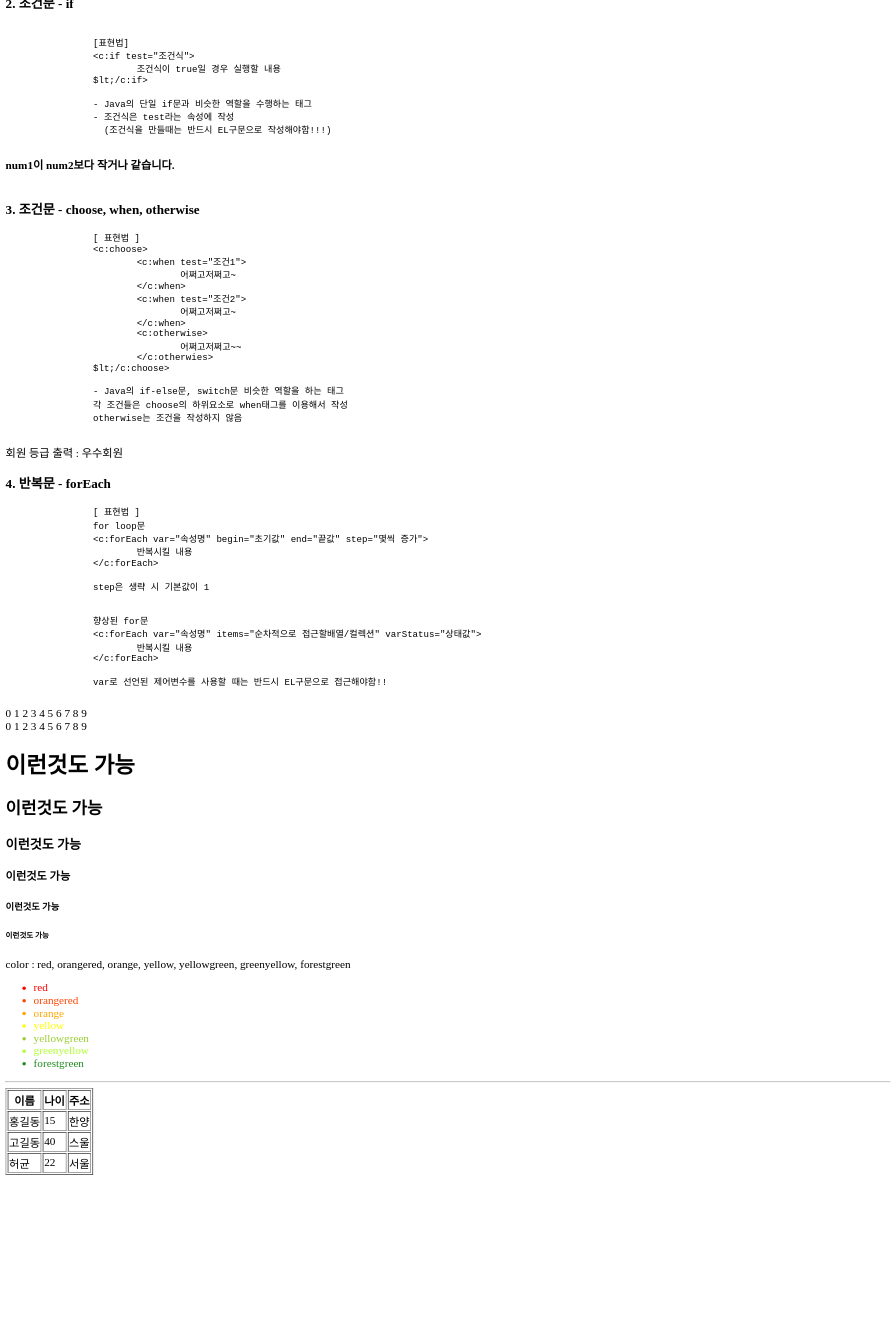
Repository: dltbxkfm86-creator/web
Page: http://localhost/Action/jstl.do
These files come from the project's save history. The page is drawn as it stood at one moment and after the next save; the edit follows.
The browser window is 1280 px wide. The pictures show the part of the page from y = 1516 to 3436 px (the page is 3436 px tall), at 70% of full size.
The page is served by Tomcat 9.

Above is the page before, as saved 2025-09-25 01:52:13.

After the next save:
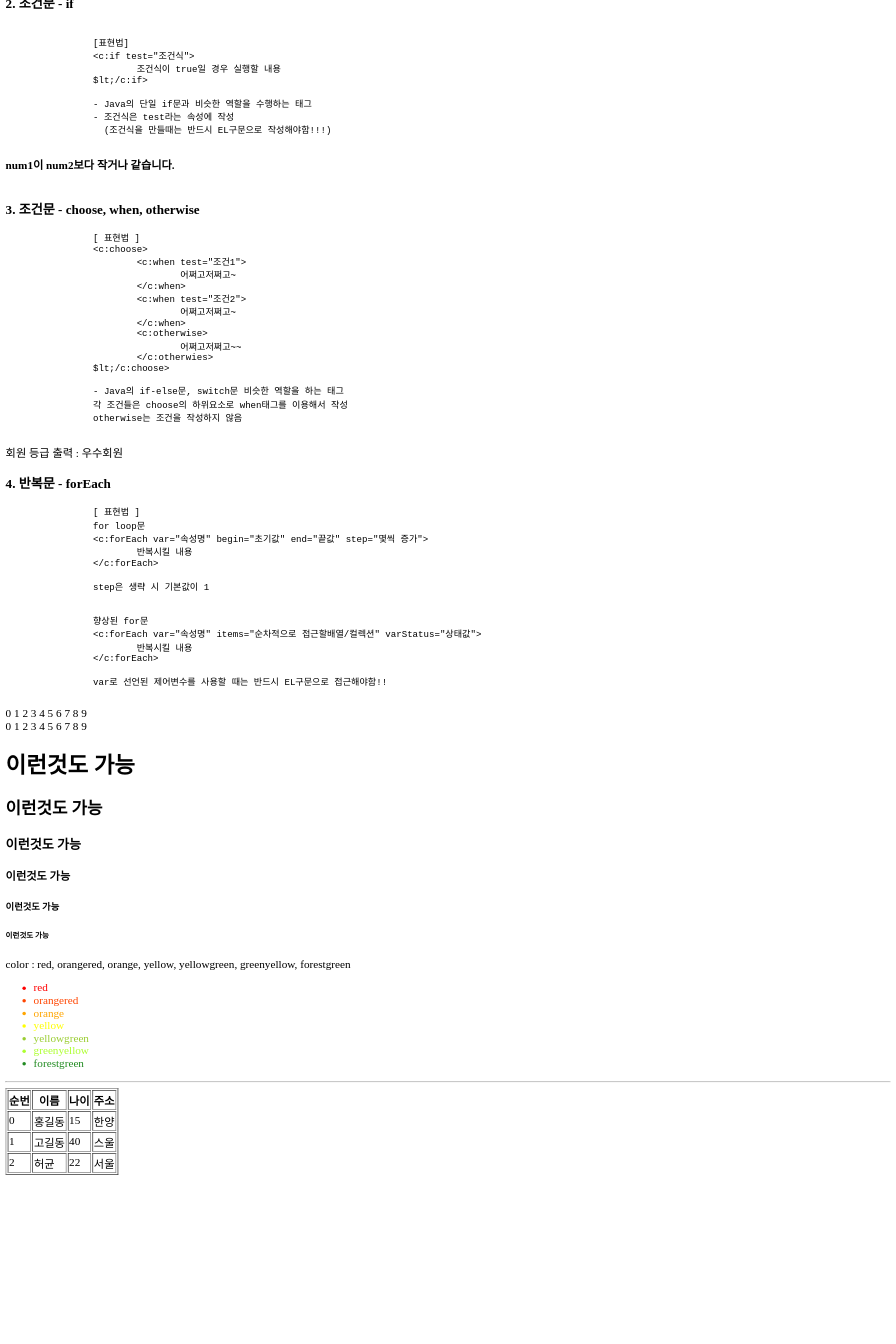
Saved 11 min 37 s later.
--- a/Action/src/main/webapp/WEB-INF/views/customaction/JSTL.jsp
+++ b/Action/src/main/webapp/WEB-INF/views/customaction/JSTL.jsp
@@ -254,6 +254,7 @@
 	<table border="1">
 		<thead>
 			<tr>
+				<th>순번</th>
 				<th>이름</th>
 				<th>나이</th>
 				<th>주소</th>
@@ -267,8 +268,9 @@
 					</tr>
 				</c:when>
 				<c:otherwise>
-					<c:forEach var="p" items="${ list }">
+					<c:forEach var="p" items="${ list }" varStatus="s">
 						<tr>
+							<td>${ s.index }</td>
 							<td>${ p.name }</td>
 							<td>${ p.age }</td>
 							<td>${ p.address }</td>
